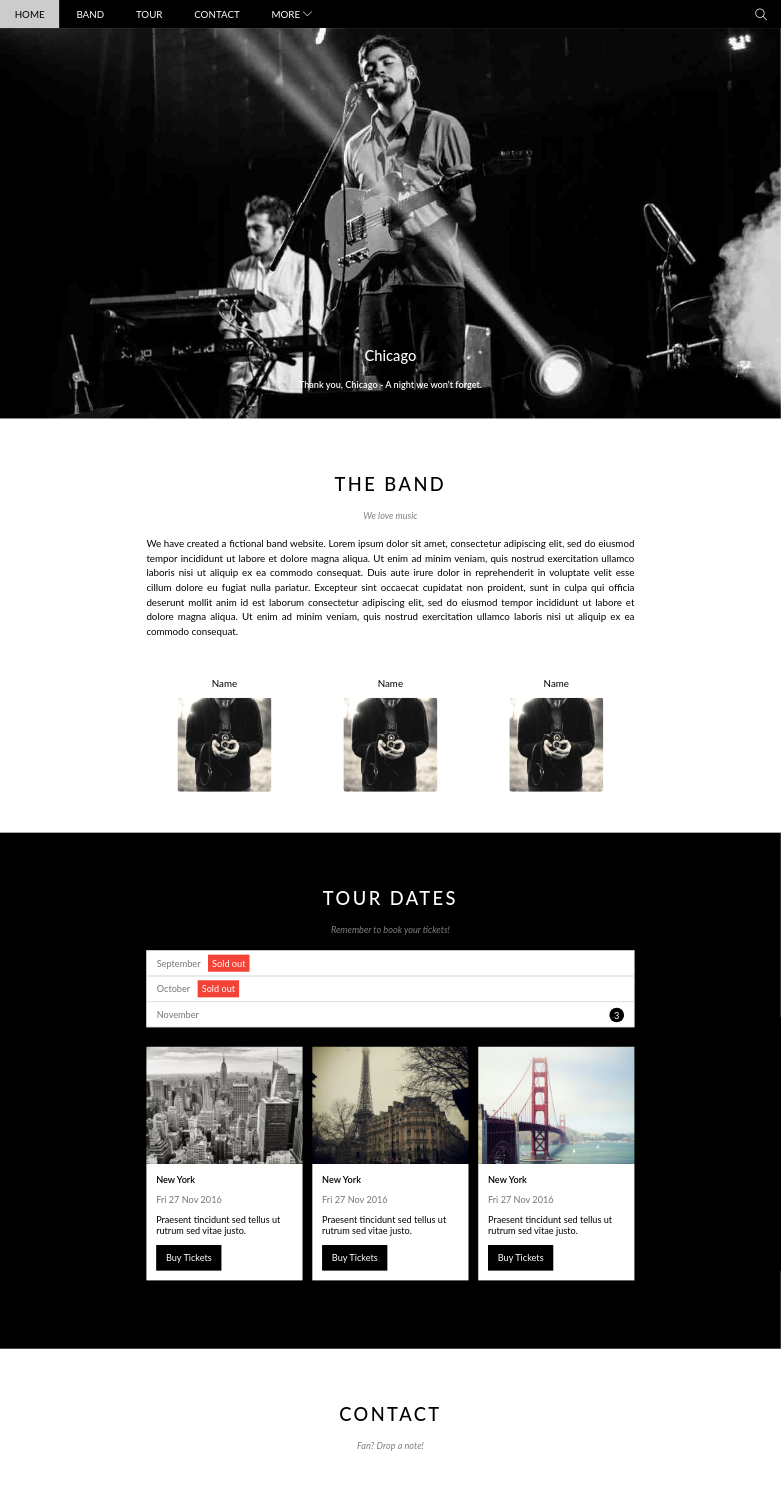
Repository: tatvanhco/web-dau-tay
Page: index.html
These files come from the project's save history. The page is drawn as it stood at one moment and after the next save; the edit follows.
The browser window is 1280 px wide. The pictures show the whole page, at 61% of full size.

Above is the page before, as saved 2022-01-23 20:56:21.

After the next save:
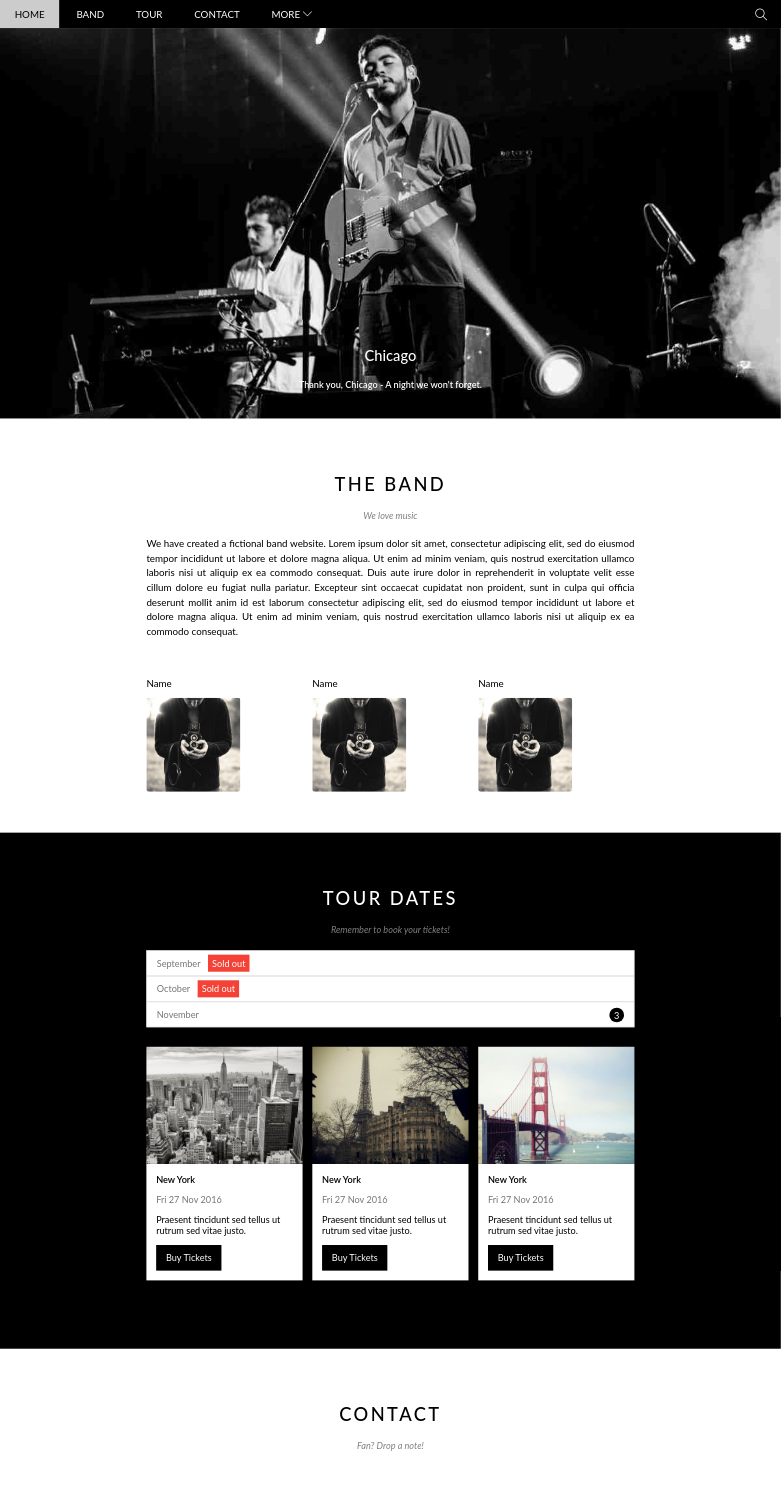
Saved 101 s later.
--- a/assets/css/style.css
+++ b/assets/css/style.css
@@ -15,6 +15,10 @@ body {
 
 .text-white {
     color: #fff !important;
+}
+
+.text-center {
+    text-align: center;
 }
 
 .row {
@@ -185,12 +189,6 @@ body {
     margin: 15px 0;
 }
 
-#content .team-list {
-    float: left;
-    width: 33.33333%;
-    text-align: center;
-}
-
 #content .team-list img {
     width: 60%;
     border-radius: 4px;
